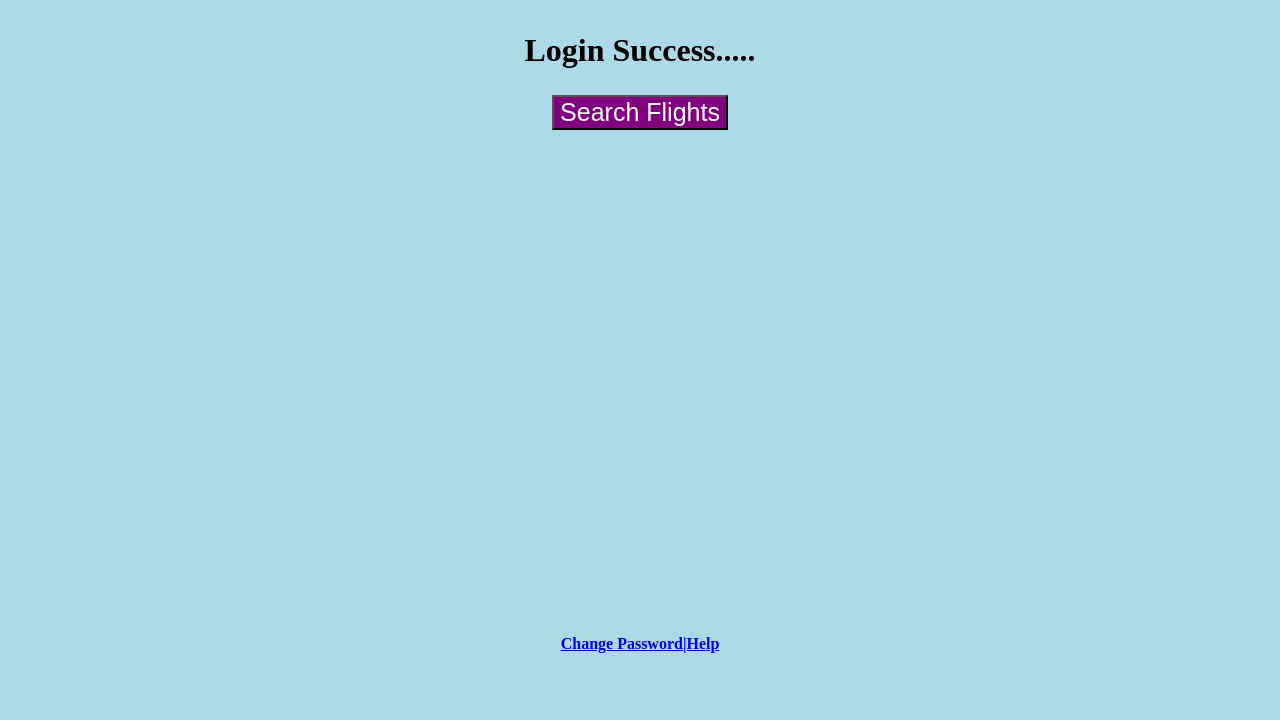
Repository: KanimozhiThandapani/Phase2AirlineBookingProject
Page: http://localhost/AirlineBooking/home.jsp
These files come from the project's save history. The page is drawn as it stood at one moment and after a run of saves; the edit follows.
The browser window is 1280 px wide. The pictures show the whole page.
The page is served by Tomcat 9. Other server files are loaded and not shown.

Above is the page before, as saved 2022-04-25 04:43:19.

### AirlineBooking/WebContent/home.jsp
<%@ page language="java" contentType="text/html; charset=ISO-8859-1"
    pageEncoding="ISO-8859-1"%>
<!DOCTYPE html PUBLIC "-//W3C//DTD HTML 4.01 Transitional//EN" "http://www.w3.org/TR/html4/loose.dtd">
<html>
<head>
<meta http-equiv="Content-Type" content="text/html; charset=ISO-8859-1">
<title>:: Home ::</title>

<style>
h3 {
  text-align: center;
  font-size: 1em;
  color: green;
}
</style>

</head>

<body style="background-color:lightblue;">
<form action=homePage method="get">
<table width="100%">
 <tr>
  <td align="center"><h1>Login Success.....</h1></td>
  </tr>

 <tr>
  <td align="center" colspan="2">
  <input type="submit" value="Search Flights" style="font-size: 25px ; background: purple; color: #FFF;" >
  </td>
 </tr>
</table>

<br> <br> <br><br> <br> <br><br> <br> <br><br> <br> <br><br> <br> <br><br> <br> <br><br> <br> <br><br> <br> <br><br> <br> <br>
<h3>
<a href="https://www.w3schools.com/">Change Password|Help</a>
</h3>

</form>
</body>
</html>

After the next 2 saves:
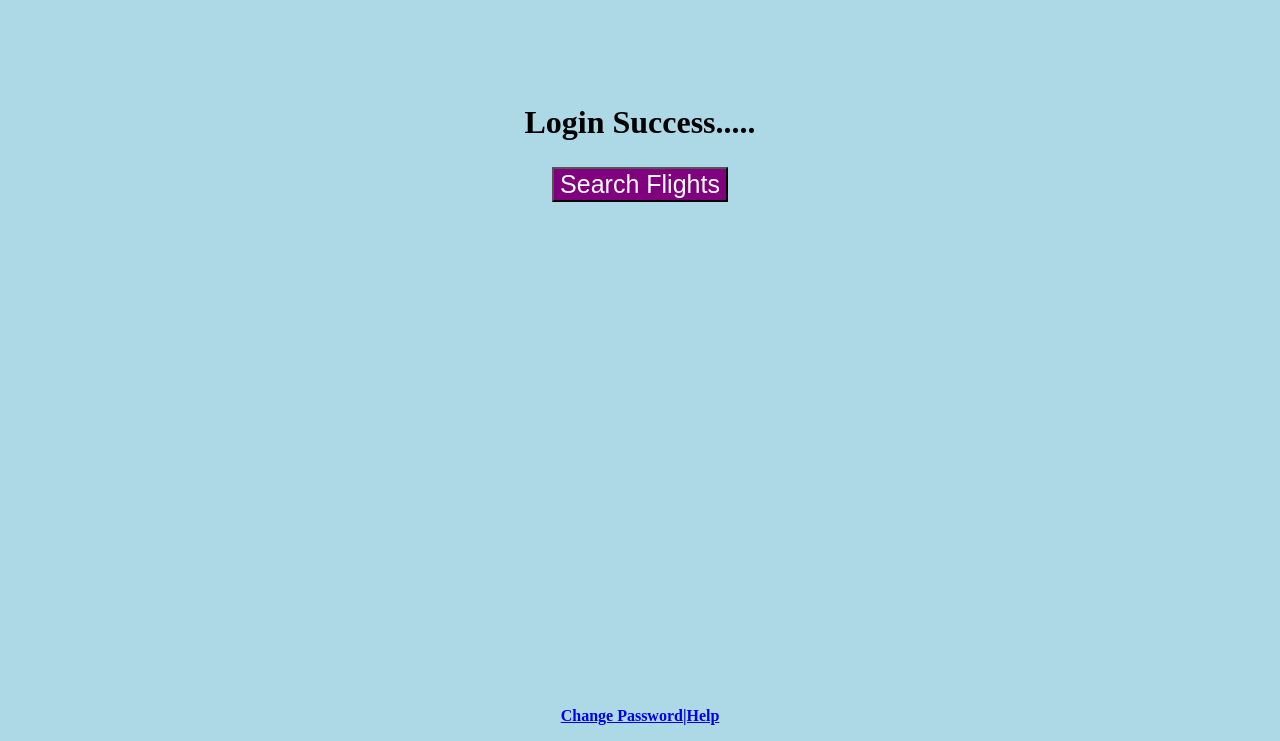
The 2 saves are shown as one change because they came seconds apart.
The last was saved 42 s later.
--- a/AirlineBooking/WebContent/home.jsp
+++ b/AirlineBooking/WebContent/home.jsp
@@ -18,6 +18,7 @@ h3 {
 
 <body style="background-color:lightblue;">
 <form action=homePage method="get">
+<br> <br><br> <br>
 <table width="100%">
  <tr>
   <td align="center"><h1>Login Success.....</h1></td>
